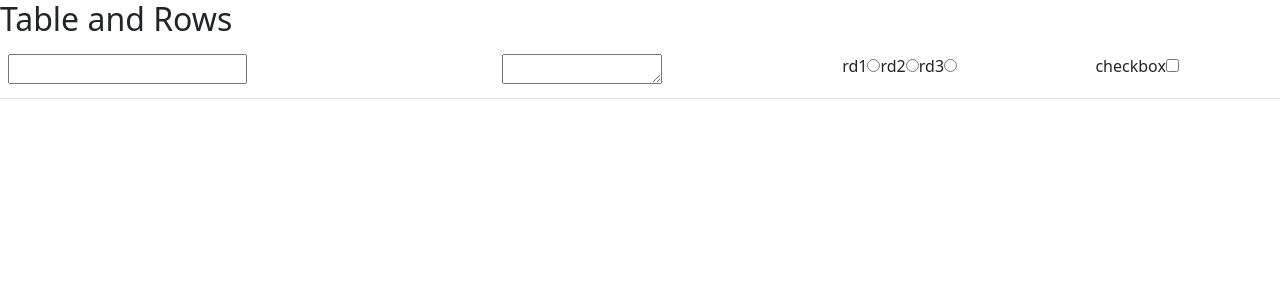
Repository: ishanbassi/iotasol-assignments
Page: /iotasol/work-8
The author's editor kept a copy of each file at every save. The page is drawn from the files as they stood at one save, then again after the next save.
The browser window is 1280 px wide. The pictures show the whole page.
The project was rebuilt for these pictures with package versions that can differ from the ones it lists, and the page was loaded fresh each time. The framework's server and built-in components were replaced by stand-ins that run in the browser. Also part of the build but not shown: styles/global.css.

Above is the page before, as saved 2022-11-09 12:23:16.

### pages/_app.tsx
import "../styles/global.css"
import 'bootstrap/dist/css/bootstrap.min.css';
export default function App({Component,ComponentProps}){
    return(
        <Component {...ComponentProps}/>
    )
}

### pages/iotasol/work-8.tsx
import { Table } from "react-bootstrap"
import { useState } from "react"
export default function App() {
    const [count, setCount] = useState(1)
    return (
        <>
            <h2>Table and Rows</h2>
            <Table>
                <thead></thead>
                <tbody>
                    <tr>
                        <td>
                            <input type="text" name="small" id="small" />
                        </td>
                        <td>
                            <textarea name="details" id="details" cols={15} rows={1}></textarea>
                        </td>
                        <td>
                            <label htmlFor="rd1">rd1</label>
                            <input type="radio" name="rd1" id="rd1" value="rd1" />

                            <label htmlFor="rd2">rd2</label>
                            <input type="radio" name="rd2" id="rd2" value="rd2" />

                            <label htmlFor="rd3">rd3</label>
                            <input type="radio" name="rd3" id="rd3" value="rd3" />
                        </td>
                        <td>
                            <label htmlFor="check">checkbox</label>
                            <input type="checkbox" name="check" id="check" />
                        </td>
                    </tr>
                </tbody>
            </Table>
        </>
    )
}

After the next save:
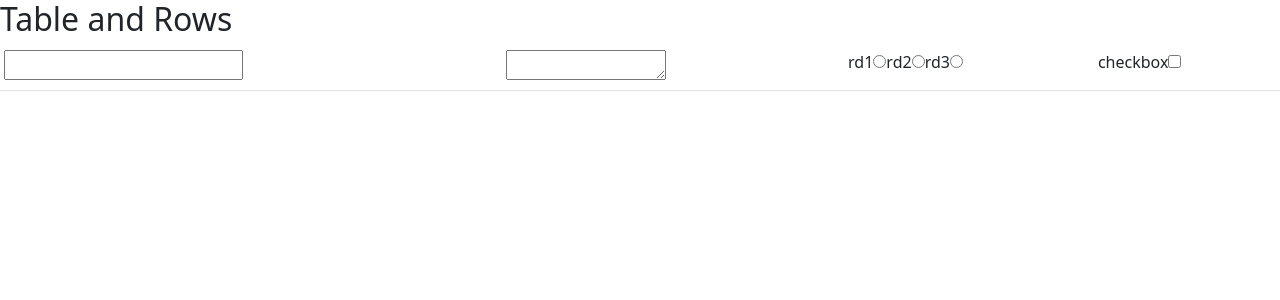
Saved 13 s later.
--- a/pages/iotasol/work-8.tsx
+++ b/pages/iotasol/work-8.tsx
@@ -5,7 +5,7 @@ export default function App() {
     return (
         <>
             <h2>Table and Rows</h2>
-            <Table>
+            <Table size="sm">
                 <thead></thead>
                 <tbody>
                     <tr>
